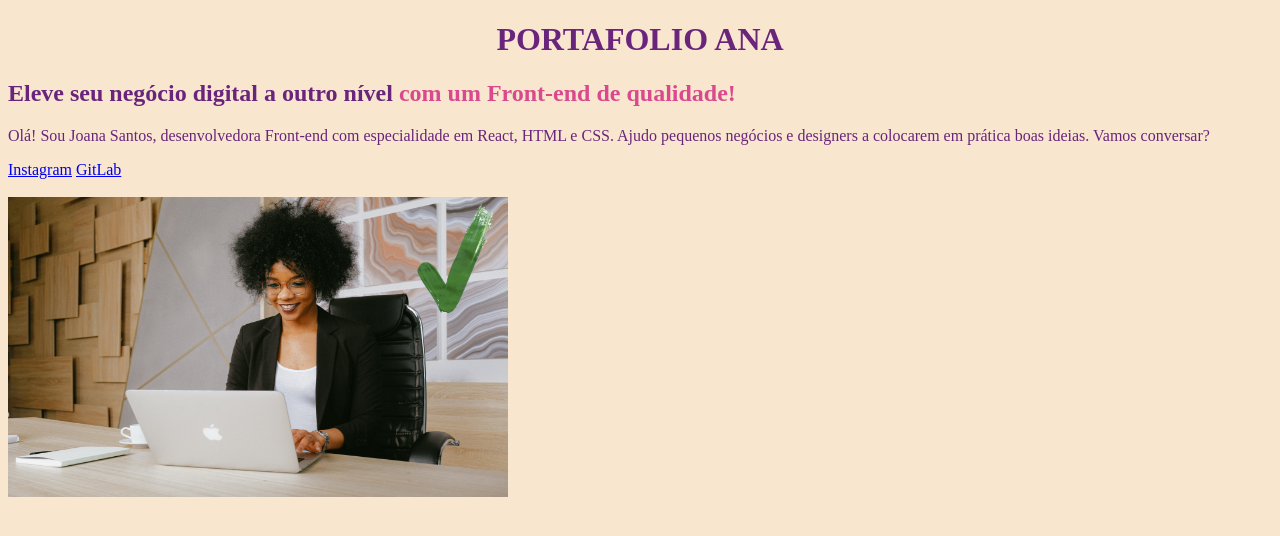
Repository: AnaFzCz/PROYECTOS-HTML---CSS2
Page: Portafolio/index.html
An editor plug-in stored every save of this project. The page is shown before and after the next save, followed by the edit.
The browser window is 1280 px wide. The pictures show the whole page.

Above is the page before, as saved 2025-01-22 13:28:57.

### Portafolio/index.html
<!DOCTYPE html>
<html lang="en">
<head>
    <meta charset="UTF-8">
    <meta http-equiv="X-UA-Compatible" content="IE=edge">
    <meta name="viewport" content="width=device-width, initial-scale=1.0">
    <title>Portafolio</title>
    <link rel="stylesheet" href="style.css">
</head>
<body>
    <header>

    </header>
    <main>
        <h1 style="text-align: center;">PORTAFOLIO ANA</h1>
        <h2>Eleve seu negócio digital a outro nível <span>com um Front-end de qualidade!</span></h2>
        <p>Olá! Sou Joana Santos, desenvolvedora Front-end com especialidade em React, HTML e CSS. Ajudo pequenos negócios e designers a colocarem em prática boas ideias. Vamos conversar?</p>

        <div >
        <a href="https://instagram.com">Instagram</a>
        <a href="https://github.com/AnaFzCz">GitLab</a>
        <br>
        <br>
        <img src="home-office.jpg" alt="homeoffice" style="width:500px;height: 300px;">
        </div>
    </main>
    <footer></footer>
</body>
</html>

### Portafolio/style.css
body{
   background-color: #F9E6CF;
   color:#69247C;

}

span{
    color:#DA498D;
}
/*h1 {
    color: #333333;

}
button {
    background-color: green;
    color: white;

}
footer {
    background-color: gray;
    color: white;

}
a {
    color: DodgerBlue;

}*/

After the next save:
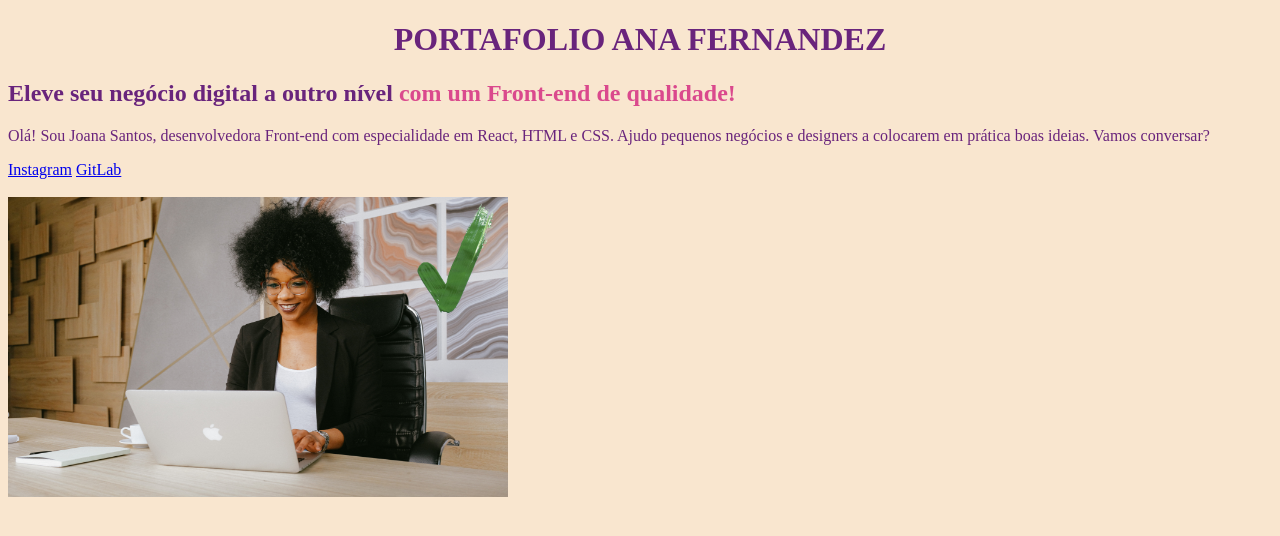
Saved 12 min 14 s later.
--- a/Portafolio/index.html
+++ b/Portafolio/index.html
@@ -12,7 +12,7 @@
 
     </header>
     <main>
-        <h1 style="text-align: center;">PORTAFOLIO ANA</h1>
+        <h1 style="text-align: center;">PORTAFOLIO ANA FERNANDEZ</h1>
         <h2>Eleve seu negócio digital a outro nível <span>com um Front-end de qualidade!</span></h2>
         <p>Olá! Sou Joana Santos, desenvolvedora Front-end com especialidade em React, HTML e CSS. Ajudo pequenos negócios e designers a colocarem em prática boas ideias. Vamos conversar?</p>
 
